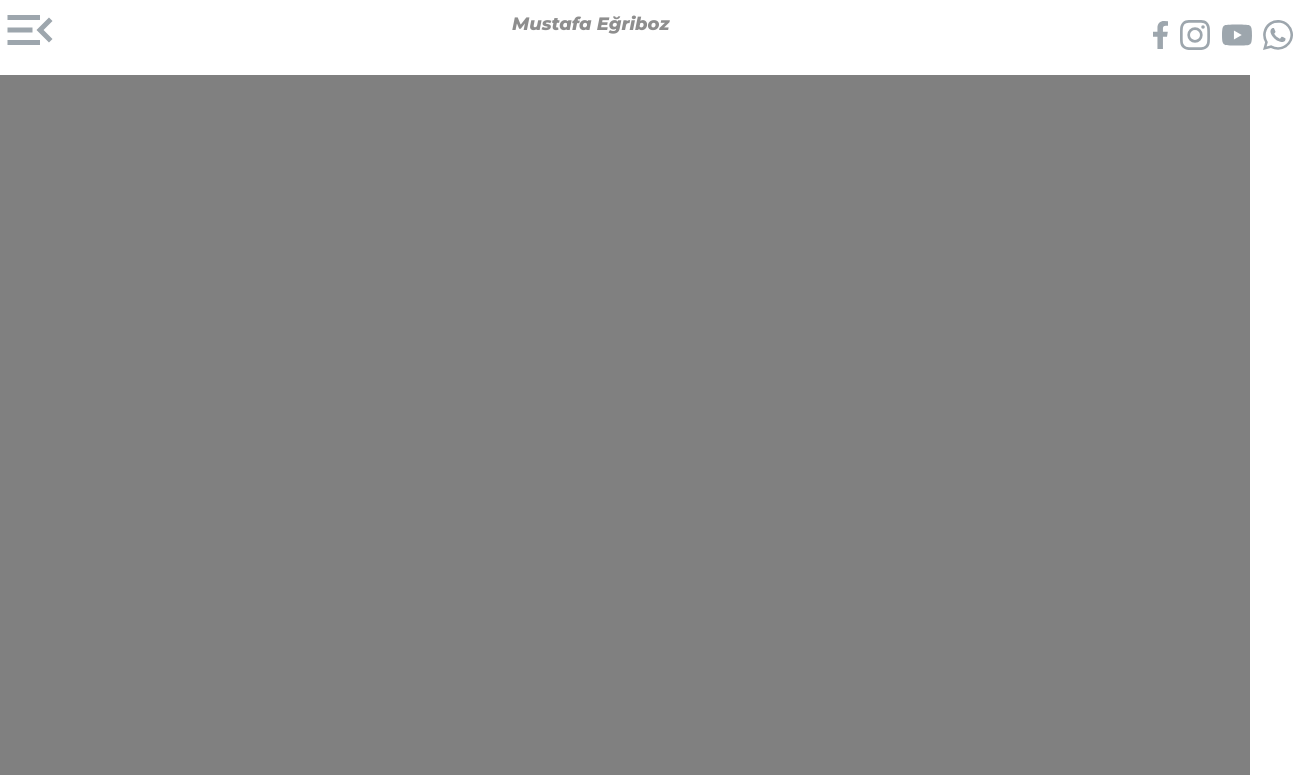
Repository: CengoCengo/m.e-gallery-web-site
Page: index.html
An editor plug-in stored every save of this project. The page is shown before and after the next save, followed by the edit.
The browser window is 1280 px wide. The page is 1293 px wide, then 1300 px, so the pictures cover 1300 px, including what lies to the right of the window. The pictures show the whole page.

Above is the page before, as saved 2021-02-06 15:26:02.
Console error: TypeError: Cannot read properties of null (reading 'style')

After the next save:
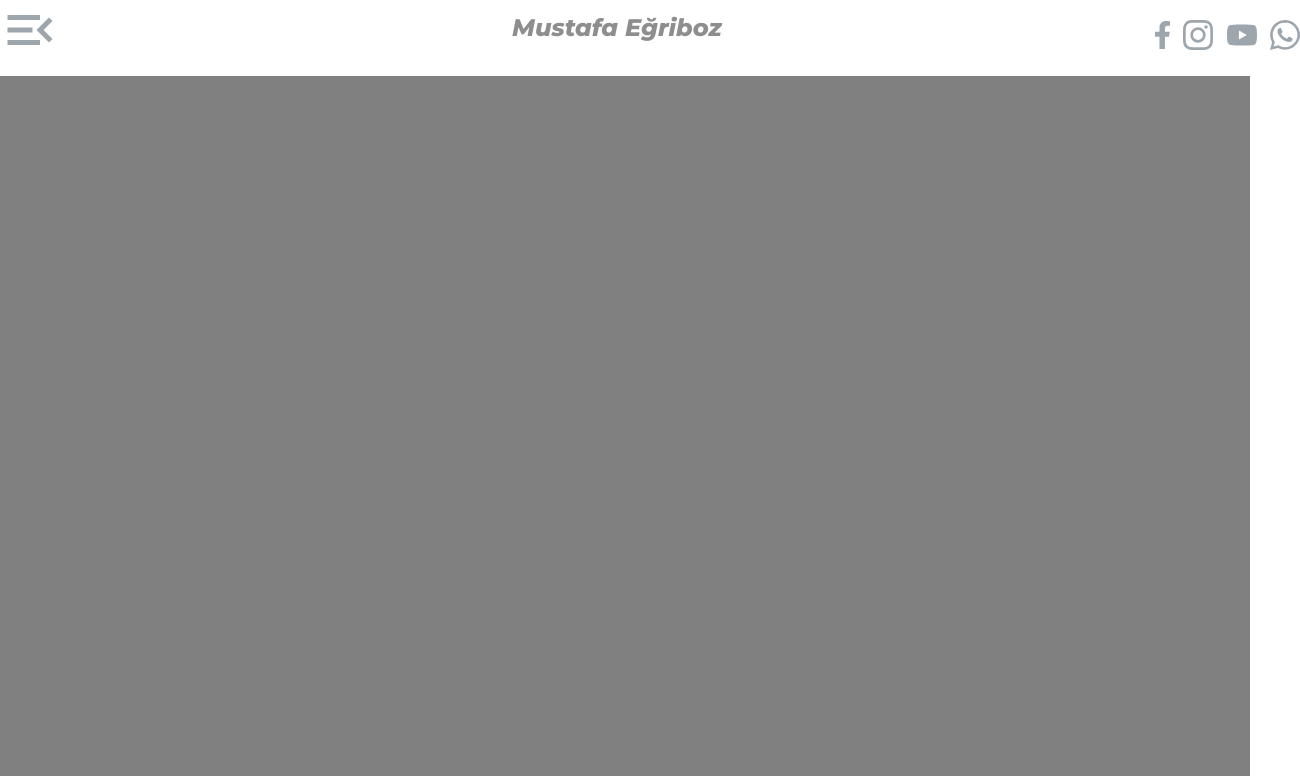
Saved 5 s later.
--- a/styles/style.css
+++ b/styles/style.css
@@ -3,7 +3,7 @@
     padding: 0;
     font-family:  'Montserrat', sans-serif;
     font-weight:100;
-    font-size: large;
+    font-size: x-large;
 
 
 
